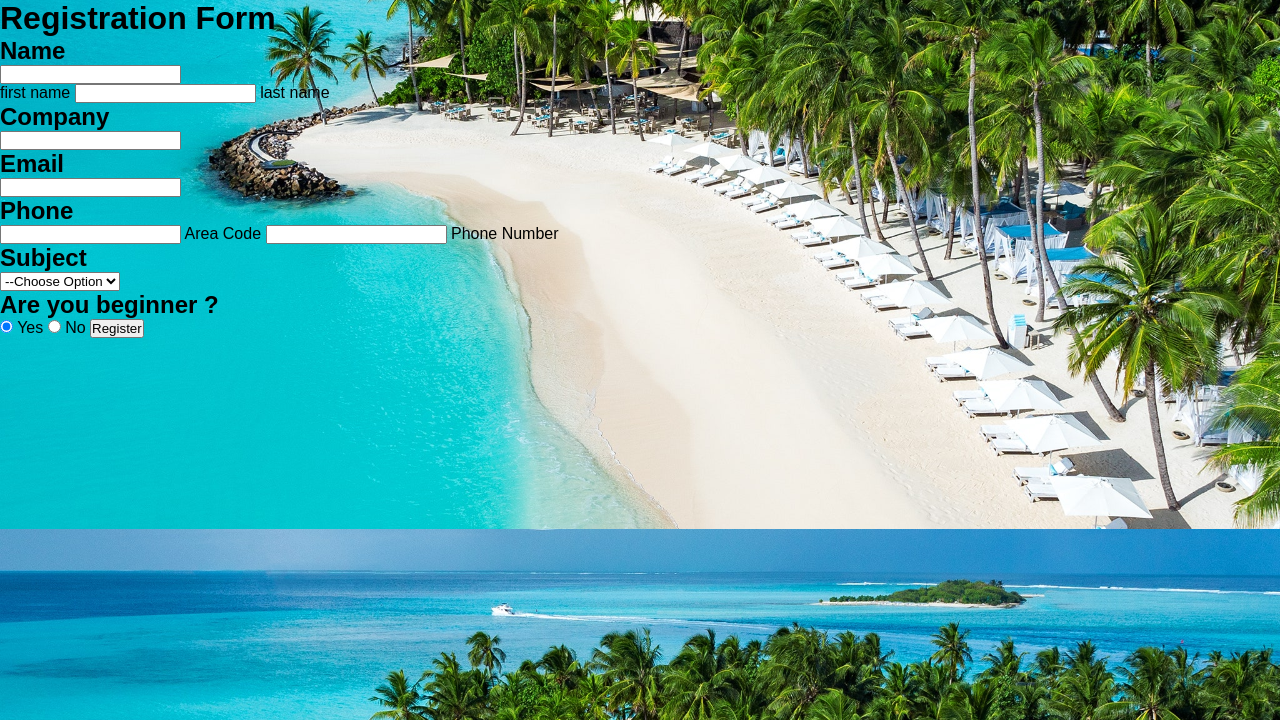
Repository: sudeepa88/Registration-Form
Page: registration.html
The author's editor kept a copy of each file at every save. The page is drawn from the files as they stood at one save, then again after the next save.
The browser window is 1280 px wide. The pictures show the whole page.

Above is the page before, as saved 2022-01-11 22:46:33.

### registration.html
<!DOCTYPE html>
<html lang="en">
<head>
    <meta charset="UTF-8">
    <meta http-equiv="X-UA-Compatible" content="IE=edge">
    <meta name="viewport" content="width=device-width, initial-scale=1.0">
    <title>Document</title>
    <style type="text/css">
        *{
            margin:0;
            padding:0;
        }
       body{
           background-image: url(img/beach.jpeg);
           background-position: center;
           background-size: cover;
           font-family: sans-serif;
       }
    </style>
</head>
<body>
    <div class="regform"><h1>Registration Form </h1></div>

    <div class="mane">
        <form>
             <div id="name">
                 <h2 class="name">Name</h2>
                 <input class ="firstname" type="rext" name="first_name"><br>
                 <label class="firstlabel">first name</label>
                 <input class="lastname" type="text" name="last_name">
                 <label class="lastlabel">last name</label>


             </div>
             <h2 class="name">Company</h2>
             <input class="company" type="text" name="company">

             <h2 class="name">Email</h2>
             <input class="email" type="text" name="email">

             <h2 class="name">Phone</h2>
             <input class="code" type="text" name="area_code">
             <label class="area-code">Area Code </label>
             <input class="number" type="text" name="phone">
             <label class="phone-number">Phone Number</label>

             <h2 class="name">Subject</h2>
             <select class="option" name="subject">
                 <option disabled="disabled" selected="selected">--Choose Option</option>

                 <option>Subject 1</option>
                 <option>Subject 2</option>
                 <option>Subject 3</option>
                 <option>Subject 4</option>
             </select>
             <h2 id="student">Are you beginner ? </h2>
             <label class="radio">
                 <input class="radio-one" type="radio" checked="checked" name="">
                 <span class="checkmark"></span>
                 Yes
             </label>


             <label class="radio">
                <input class="radio-two" type="radio"  name="">
                <span class="checkmark"></span>
                No
            </label>

            <button type="submit">Register</button>
        </form>
    </div>
</body>
</html>

After the next save:
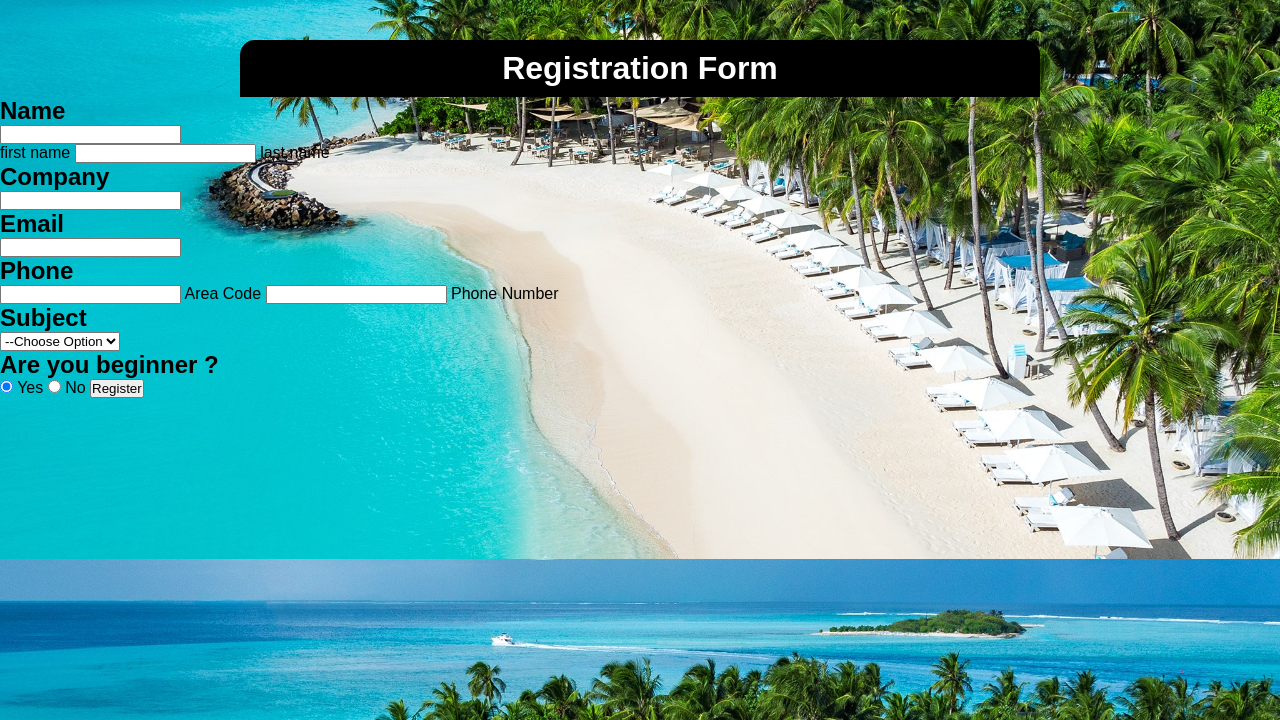
Saved 4 min 54 s later.
--- a/registration.html
+++ b/registration.html
@@ -15,6 +15,17 @@
            background-position: center;
            background-size: cover;
            font-family: sans-serif;
+           margin-top: 40px;
+       }
+       .regform{
+           width: 800px;
+           background-color: rgb(0,0,0,6);
+           margin:auto;
+           color: #FFFFFF;
+           padding: 10px 0px 10px 0px;
+           text-align:  center;
+           border-radius: 15px 15px 0px 0px;
+
        }
     </style>
 </head>
